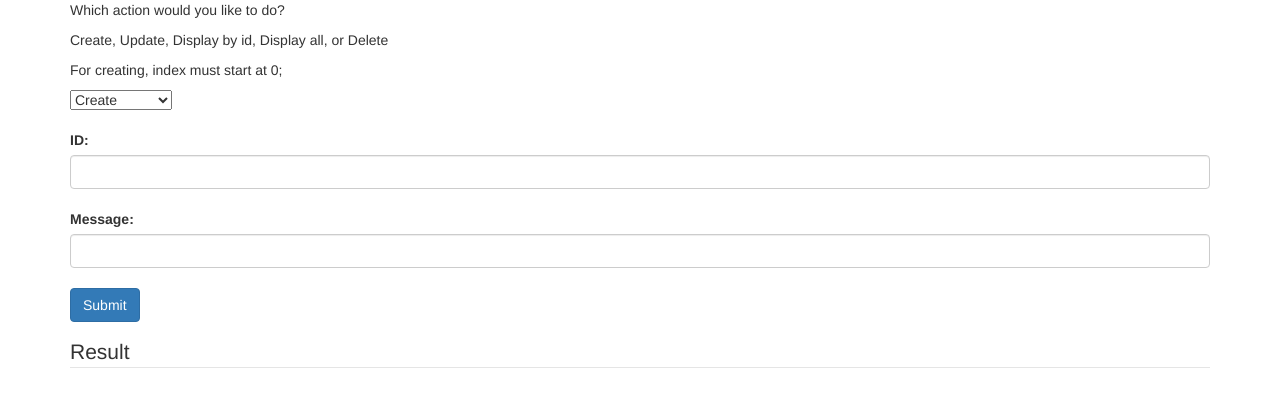
Repository: kddean/Lab3
Page: ToDoSystem-SinglePage/WebContent/ToDo.html
An editor plug-in stored every save of this project. The page is shown before and after the next save, followed by the edit.
The browser window is 1280 px wide. The pictures show the whole page.

Above is the page before, as saved 2016-03-26 00:18:25.
Console error: SyntaxError: Unexpected token 'var'

### ToDoSystem-SinglePage/WebContent/ToDo.html
<!DOCTYPE html>
<html>
<head>
<!-- <meta charset="ISO-8859-1"> -->
<meta charset="utf-8">
<meta name="viewport" content="width=device-width, initial-scale=1">
<link rel="stylesheet" href="http://maxcdn.bootstrapcdn.com/bootstrap/3.3.6/css/bootstrap.min.css">
<script src="https://ajax.googleapis.com/ajax/libs/jquery/1.12.0/jquery.min.js"></script>
<script src="http://maxcdn.bootstrapcdn.com/bootstrap/3.3.6/js/bootstrap.min.js"></script>
<title>ToDoSystem</title>
</head>
<body>
<div class="container">
<form name = "ToDoForm" method ="post" action ="ToDoServlet">
	<div class="form-group">
	<p>Which action would you like to do?</p>
	<p>Create, Update, Display by id, Display all, or Delete</p>
	<p> For creating, index must start at 0; </p>
	<select name="actions">
		<option value="create">Create</option>
  		<option value="update">Update</option>
  		<option value="displayid">Display by id</option>
  		<option value="displayall">Display all</option>
 		<option value="delete">Delete</option>
	</select>
	<br><br>
	<label>ID:</label><input type="text" class="form-control" name="id">
	<br>
	<label>Message:</label><input type="text" class="form-control" name="message">
	<br>
	<button type="button" value="Submit" onclick='loadDoc("ToDo")' class="btn btn-primary">Submit</button>
<!-- 	<input type="button" value="submit" onclick='loadDoc()'> -->
	</div>
	<div id="sec">
        <fieldset>
            <legend>Result</legend>
                 <div id="ajaxResponse"></div>
        </fieldset>
    </div>

</form>
</div>
<!-- <script>
function loadDoc()
var request;

/* attach a submit handler to the form */
$("#submit").submit(function(event) {

    // abort any pending request
    if (request) {
        request.abort();
    }

  /* stop form from submitting normally */
  event.preventDefault();

  /*clear result div*/
   $("#result").html('');

  /* get some values from elements on the page: */
   var values = $(this).serialize();

  /* Send the data using post and put the results in a div */
  request =$.ajax({
      url: "ajaxRequest",
      type: "post",
      data: values,
      success: function(){
           $("#result").html('submitted successfully');
      },
      error:function(){
          $("#result").html('there is error while submit');
      }
  });
});
</script> -->

<script type="text/javascript">
function loadDoc(reqURL)
	var xhttp = new XMLHttpRequest();
	xhttp.open("POST", reqURL, true)
	xhttp.onreadystatechange = function(){
		if (xhttp.readyState == 4 && xhttp.status == 200) {
		      document.getElementById("m").innerHTML = xhttp.responseText;
		    }
	};
	  //xhttp.open("POST", "ToDo.html", true);
	  xhttp.setRequestHeader("Content-type", "application/x-www-form-urlencoded");
	  xhttp.send();
</script>
</body>
</html>

After the next save:
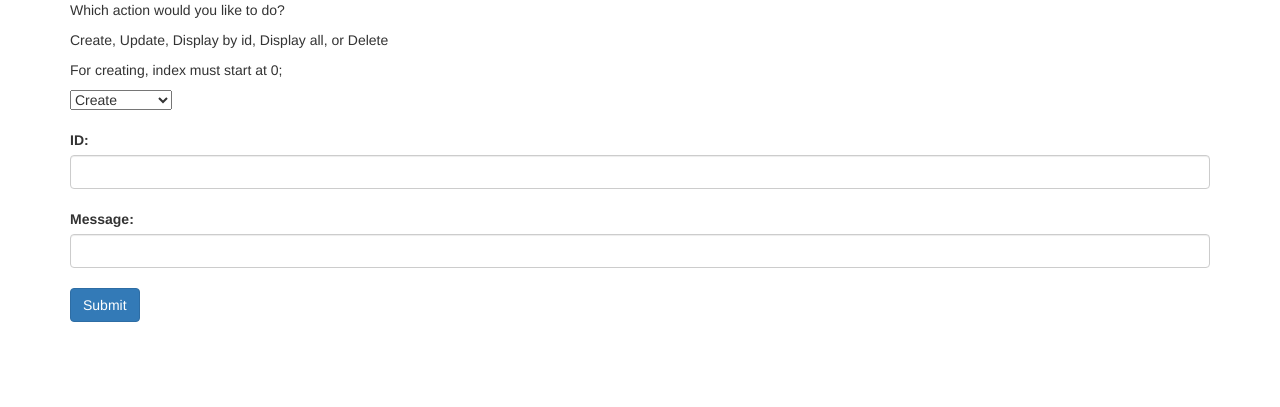
Saved 68 s later.
--- a/ToDoSystem-SinglePage/WebContent/ToDo.html
+++ b/ToDoSystem-SinglePage/WebContent/ToDo.html
@@ -31,12 +31,12 @@
 	<button type="button" value="Submit" onclick='loadDoc("ToDo")' class="btn btn-primary">Submit</button>
 <!-- 	<input type="button" value="submit" onclick='loadDoc()'> -->
 	</div>
-	<div id="sec">
+	<!-- <div id="sec">
         <fieldset>
             <legend>Result</legend>
                  <div id="ajaxResponse"></div>
         </fieldset>
-    </div>
+    </div>    -->
 
 </form>
 </div>

After the save that followed:
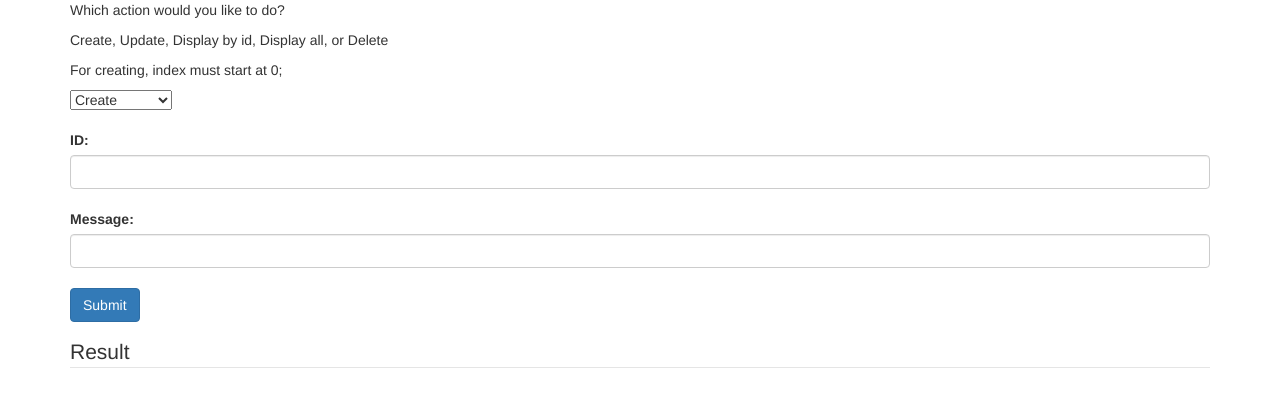
Saved 3 min 6 s later.
--- a/ToDoSystem-SinglePage/WebContent/ToDo.html
+++ b/ToDoSystem-SinglePage/WebContent/ToDo.html
@@ -31,12 +31,12 @@
 	<button type="button" value="Submit" onclick='loadDoc("ToDo")' class="btn btn-primary">Submit</button>
 <!-- 	<input type="button" value="submit" onclick='loadDoc()'> -->
 	</div>
-	<!-- <div id="sec">
+	<div id="sec">
         <fieldset>
             <legend>Result</legend>
                  <div id="ajaxResponse"></div>
         </fieldset>
-    </div>    -->
+    </div>
 
 </form>
 </div>
